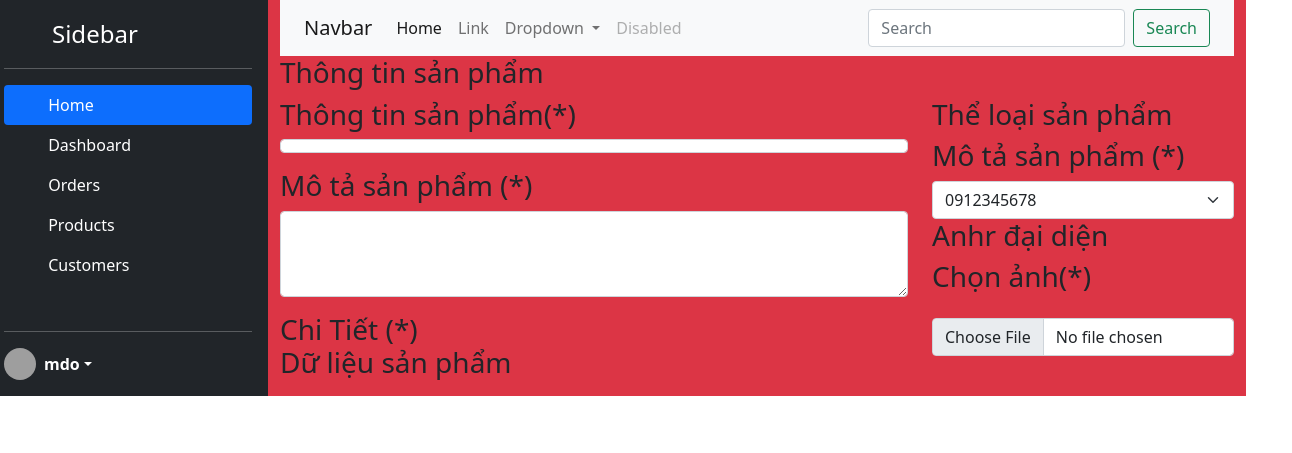
Repository: Lehuyhuynh/BT12-BOOTSTRAP
Page: index.html
These files come from the project's save history. The page is drawn as it stood at one moment and after the next save; the edit follows.
The browser window is 1280 px wide. The page is 1292 px wide, so the pictures cover 1292 px, including what lies to the right of the window. The pictures show the whole page.
Pictures or frames that could not be fetched are drawn as grey boxes.

Above is the page before, as saved 2023-08-19 22:43:16.

After the next save:
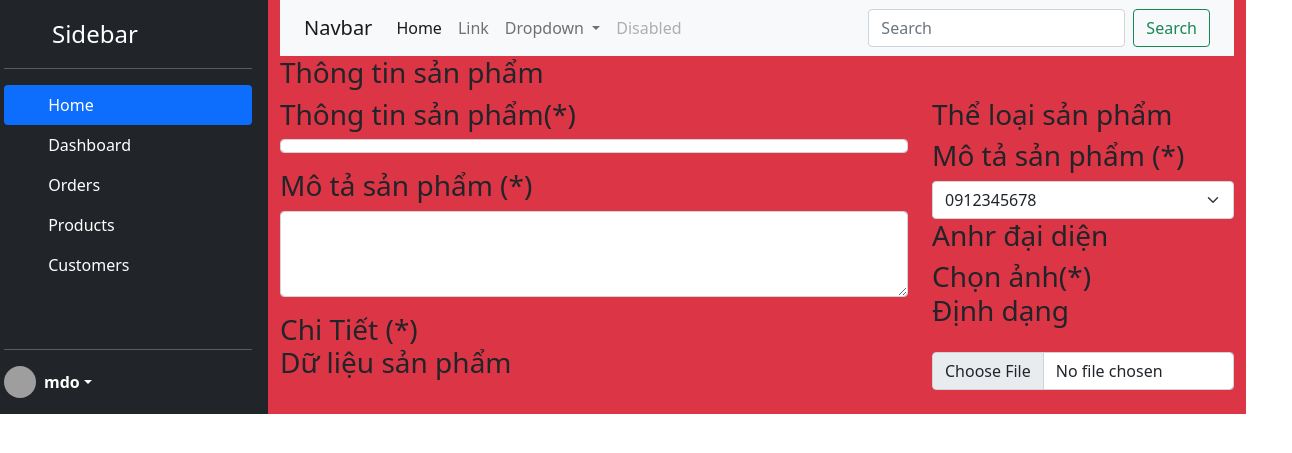
Saved 5 s later.
--- a/index.html
+++ b/index.html
@@ -154,7 +154,7 @@
                 <h3>Anhr đại diện</h3>
                 <div class="mb-3">
                   <label for="formFile" class="form-label">Chọn ảnh(*)
-                    <p> </p>
+                    <p>Định dạng </p>
                   </label>
                   <input class="form-control" type="file" id="formFile">
                 </div>
